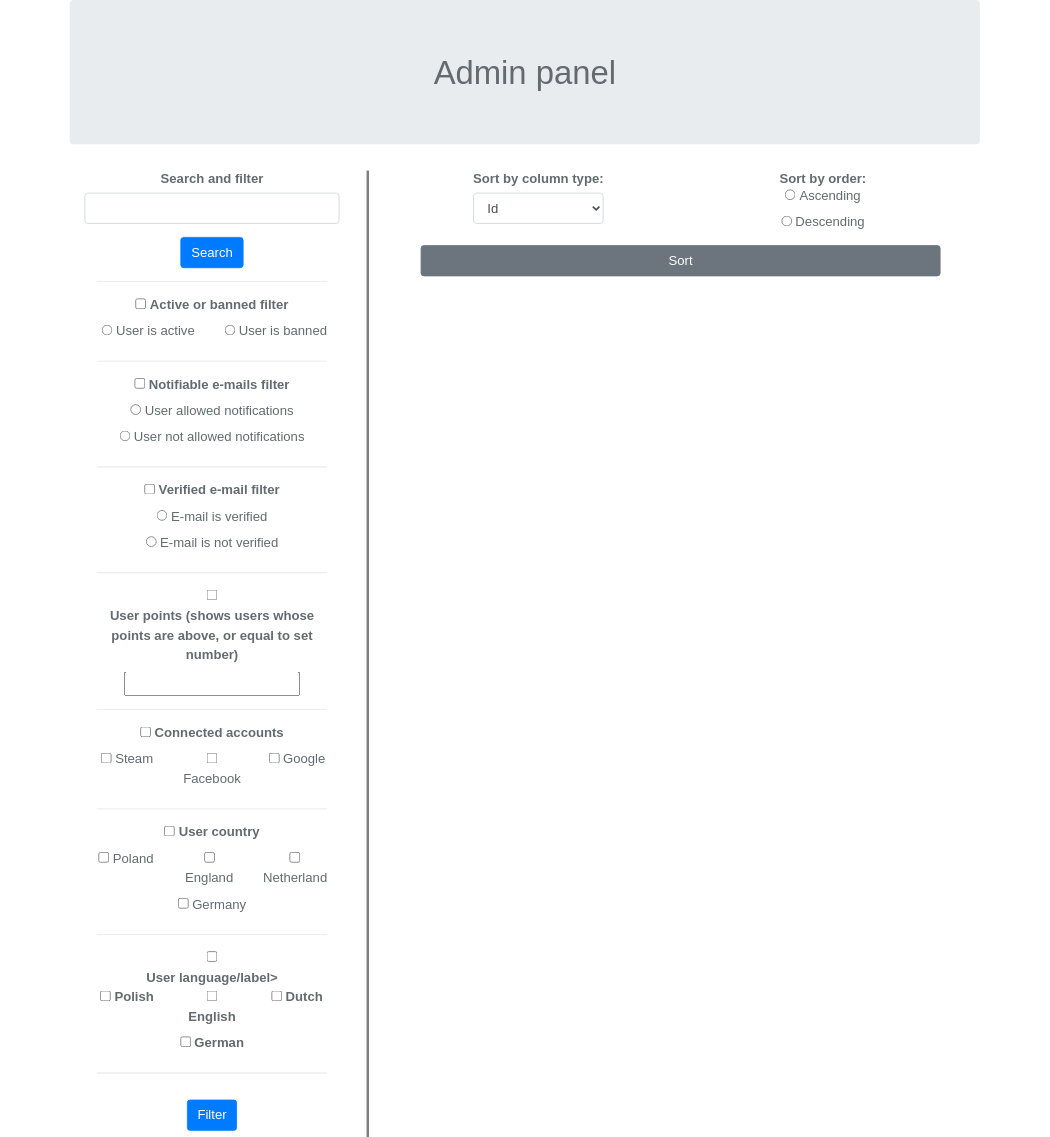
Repository: WOLVGVNG/gameclan
Page: resources/views/admin_panel.blade.php
An editor plug-in stored every save of this project. The page is shown before and after the next save, followed by the edit.
The browser window is 1280 px wide. The pictures show the whole page, at 82% of full size.
The page is served by the project's Laravel application, run on PHP 8.4 with Laravel 8. Other server files are loaded and not shown. The template is opened directly, without the code that normally fills it, so the values that code supplies are empty.

Above is the page before, as saved 2019-03-20 23:27:17.

### routes/web.php
<?php

/*
|--------------------------------------------------------------------------
| Web Routes
|--------------------------------------------------------------------------
|
| Here is where you can register web routes for your application. These
| routes are loaded by the RouteServiceProvider within a group which
| contains the "web" middleware group. Now create something great!
|
*/

Route::get('/', 'AdminPanelController@index');

### resources/views/admin_panel.blade.php
@extends('layout.app')
@section('content')
<div class='container text-center'>
    <h1 class='jumbotron'>Admin panel</h1>
    <form action='/' method='GET'>
        <div class='row'>
            <div class='col-md-4 px-4 px-md-5' id='filter-div'>
                <!-----------------------------SZUKANIE---------------------------->
                <div class='row'>
                    <h6 class='font-weight-bold mx-auto'>Search and filter</h6>
                    <input type='text' class='form-control' name='search' value='{{ session('search') }}'>
                </div>
                <div class='row'>
                    <button type='submit' class='btn btn-primary mt-3 mx-auto'>Search</button>
                </div>
                <hr>

                <!-----------------------------FILTROWANIE---------------------------->
                <input type='checkbox' name='filter_active_switch' id='active_switch' value=true @if(session('filter_active_switch')==true) echo checked @endif>
                <label for='active_switch' class='font-weight-bold text-center'>Active or banned filter</label>
                <div class='row'>
                    <div class='col'>
                        <input type='radio' name='filter_active' id='active' value='active' @if(session('filter_active')=='active') echo checked @endif>
                        <label for='active'>User is active</label>
                    </div>
                    <div class='col'>
                        <input type='radio' name='filter_active' id='banned' value='banned' @if(session('filter_active  ')=='banned') echo checked @endif>
                        <label for='banned'>User is banned</label>
                    </div>
                </div>

                <hr>

                <input type='checkbox' name='filter_notifiable_email_switch' id='notifiable_email_switch' value=true @if(session('filter_notifiable_email_switch')==true) echo checked @endif>
                <label for='notifiable_email_switch' class='font-weight-bold text-center'>Notifiable e-mails filter</label>
                <div class='row'>
                    <div class='col mx-auto'>
                        <div class='col-12'>
                            <input type='radio' name='filter_notifiable_email' id='notifiable_email_yes' value='true' @if(session('filter_notifiable_email')=='true') echo checked @endif>
                            <label for='notifiable_email_yes'>User allowed notifications</label>
                        </div>
                        <div class='col-12'>
                            <input type='radio' name='filter_notifiable_email' id='notifiable_email_no' value='false' @if(session('filter_notifiable_email')=='false') echo checked @endif>
                            <label for='notifiable_email_no'>User not allowed notifications</label>
                        </div>
                    </div>
                </div>

                <hr>

                {{--<input type='checkbox' name='filter_emails_switch' id='email_switch' value=true @if(session('filter_emails_switch')==true) echo checked @endif>
                <label for='email_switch' class='font-weight-bold text-center'>Users' email's providers</label>
                <div class='row'>
                    <div class='col'>
                        <input type='checkbox' name='filter_emails[]' id='gmail' value='gmail'>
                        <label for='gmail'>Gmail</label>
                    </div>
                    <div class='col'>
                        <input type='checkbox' name='filter_emails[]' id='outlook' value='outlook'>
                        <label for='outlook'>Outlook</label>
                    </div>
                    <div class='col'>
                        <input type='checkbox' name='filter_emails[]' id='yahoo' value='yahoo'>
                        <label for='yahoo'>Yahoo</label>
                    </div>
                    <div class='col'>
                        <input type='checkbox' name='filter_emails[]' id='yandex' value='yandex'>
                        <label for='yandex'>Yandex</label>
                    </div>
                    <div class='col'>
                        <input type='checkbox' name='filter_emails[]' id='icloud' value='icloud'>
                        <label for='icloud'>Icloud</label>
                    </div>
                    <div class='col'>
                        <input type='checkbox' name='filter_emails[]' id='onet' value='onet'>
                        <label for='onet'>Onet</label>
                    </div>
                </div>--}}

                <input type='checkbox' name='filter_verified_email_switch' id='verified_email_switch' value=true @if(session('filter_verified_email_switch')==true) echo checked @endif>
                <label for='verified_email_switch' class='font-weight-bold text-center'>Verified e-mail filter</label>
                <div class='row'>
                    <div class='col mx-auto'>
                        <div class='col-12'>
                            <input type='radio' name='filter_verified_email' id='verified_email_yes' value='true' @if(session('filter_verified_email')=='true') echo checked @endif>
                            <label for='verified_email_yes'>E-mail is verified</label>
                        </div>
                        <div class='col-12'>
                            <input type='radio' name='filter_verified_email' id='verified_email_no' value='false' @if(session('filter_verified_email')=='false') echo checked @endif>
                            <label for='verified_email_no'>E-mail is not verified</label>
                        </div>
                    </div>
                </div>

                <hr>

                <input type='checkbox' name='filter_points_switch' id='points_switch' value=true @if(session('filter_points_switch')==true) echo checked @endif>
                <label for='points_switch' class='font-weight-bold text-center'>User points (shows users whose points are above, or equal to set number)</label>
                <div class='row'>
                    <div class='col-12'>
                        <input type='number' name='filter_points' value={{session('filter_points')}}>
                    </div>
                </div>

                <hr>

                <input type='checkbox' name='filter_connected_accounts_switch' id='connected_accounts_switch' value=true @if(session('filter_connected_accounts_switch')==true) echo checked @endif>
                <label for='connected_accounts_switch' class='font-weight-bold text-center'>Connected accounts</label>
                <div class='row'>
                    <div class='col'>
                        <input type='checkbox' name='filter_connected_accounts_steam' id='connected_accounts_steam' value='steam' @if(session('filter_connected_accounts_steam')=='steam') echo checked @endif>
                        <label for='connected_accounts_steam'>Steam</label>
                    </div>
                    <div class='col'>
                        <input type='checkbox' name='filter_connected_accounts_facebook' id='connected_accounts_facebook' value='facebook' @if(session('filter_connected_accounts_facebook')=='facebook') echo checked @endif>
                        <label for='connected_accounts_facebook'>Facebook</label>
                    </div>
                    <div class='col'>
                        <input type='checkbox' name='filter_connected_accounts_google' id='connected_accounts_google' value='google' @if(session('filter_connected_accounts_google')=='google') echo checked @endif>
                        <label for='connected_accounts_google'>Google</label>
                    </div>
                </div>

                <hr>

                <input type='checkbox' name='filter_geo_switch' id='geo_switch' value=true @if(session('filter_geo_switch')==true) echo checked @endif>
                <label for='geo_switch' class='font-weight-bold text-center'>User country</label>
                <div class='row'>
                    <div class='col'>
                        <input type='checkbox' name='filter_geo_poland' id='geo_poland' value='poland' @if(session('filter_geo_poland')=='poland') echo checked @endif>
                        <label for='geo_poland'>Poland</label>
                    </div>
                    <div class='col'>
                        <input type='checkbox' name='filter_geo_england' id='geo_england' value='england' @if(session('filter_geo_england')=='england') echo checked @endif>
                        <label for='geo_england'>England</label>
                    </div>
                    <div class='col'>
                        <input type='checkbox' name='filter_geo_netherland' id='geo_netherland' value='netherland' @if(session('filter_geo_netherland')=='netherland') echo checked @endif>
                        <label for='geo_netherland'>Netherland</label>
                    </div>
                    <div class='col'>
                        <input type='checkbox' name='filter_geo_germany' id='geo_germany' value='germany' @if(session('filter_geo_germany')=='germany') echo checked @endif>
                        <label for='geo_germany'>Germany</label>
                    </div>
                </div>

                <hr>

                <input type='checkbox' name='filter_lang_switch' id='lang_switch' value=true @if(session('filter_lang_switch')==true) echo checked @endif>
                <label for='lang_switch' class='font-weight-bold text-center'>User language/label>
                <div class='row'>
                    <div class='col'>
                        <input type='checkbox' name='filter_lang_pl' id='lang_pl' value='pl' @if(session('filter_lang_pl')=='pl') echo checked @endif>
                        <label for='lang_pl'>Polish</label>
                    </div>
                    <div class='col'>
                        <input type='checkbox' name='filter_lang_en' id='lang_en' value='en' @if(session('filter_lang_en')=='en') echo checked @endif>
                        <label for='lang_en'>English</label>
                    </div>
                    <div class='col'>
                        <input type='checkbox' name='filter_lang_nl' id='lang_nl' value='nl' @if(session('filter_lang_nl')=='nl') echo checked @endif>
                        <label for='lang_nl'>Dutch</label>
                    </div>
                    <div class='col'>
                        <input type='checkbox' name='filter_lang_ge' id='lang_ge' value='ge' @if(session('filter_lang_ge')=='ge') echo checked @endif>
                        <label for='lang_ge'>German</label>
                    </div>
                </div>

                <hr>

                <div class='row'>
                    <button type='submit' class='btn btn-primary mt-3 mx-auto'>Filter</button>
                </div>
            </div>

            <div class='col-md-8 px-4 px-md-5'>
                <!-----------------------------SORTOWANIE---------------------------->
                <div class='row'>
                    <div class='col-sm-6'>
                        <h6 class='font-weight-bold mt-4 mt-md-0'>Sort by column type:</h6>
                        <select class='form-control w-50 mx-auto' name='sort_type' value='{{ session('sort_type') }}'>
                            {{--<option>{{ session('sort_type') }}</option>--}}
                            <option value='id' @if(session('sort_type') == 'id') echo selected @endif>Id</option>
                            <option value='user_name' @if(session('sort_type') == 'user_name') echo selected @endif>User name</option>
                            <option value='email' @if(session('sort_type') == 'email') echo selected @endif>E-mail</option>
                            <option value='notifiable_email' @if(session('sort_type') == 'notifiable_email') echo selected @endif>Notifiable email</option>
                            <option value='email_verified_at' @if(session('sort_type') == 'email_verified_at') echo selected @endif>Email verification date</option>
                            <option value='points' @if(session('sort_type') == 'points') echo selected @endif>Points</option>
                            <option value='steam_id' @if(session('sort_type') == 'steam_id') echo selected @endif>Steam id</option>
                            <option value='facebook_id' @if(session('sort_type') == 'facebook_id') echo selected @endif>Facebook id</option>
                            <option value='google_id' @if(session('sort_type') == 'google_id') echo selected @endif>Google id</option>
                            <option value='geo' @if(session('sort_type') == 'geo') echo selected @endif>Country</option>
                            <option value='lang' @if(session('sort_type') == 'lang') echo selected @endif>Language</option>
                            <option value='ref' @if(session('sort_type') == 'ref') echo selected @endif>Ref</option>
                            <option value='ref_status' @if(session('sort_type') == 'ref_status') echo selected @endif>Ref status</option>
                            <option value='ref_code' @if(session('sort_type') == 'ref_code') echo selected @endif>Ref code</option>
                            <option value='deleted_at' @if(session('sort_type') == 'deleted_at') echo selected @endif>The date of removal</option>
                            <option value='created_at' @if(session('sort_type') == 'created_at') echo selected @endif>Creation date</option>
                            <option value='updated_at' @if(session('sort_type') == 'updated_at') echo selected @endif>Update date</option>
                        </select>
                    </div>
                    <div class='col-sm-6'>
                        <h6 class='font-weight-bold my-4 my-md-0'>Sort by order:</h6>
                        <input type='radio' name='sort_order' value='asc' id='asc'
                                @if(session('sort_order') == 'asc') echo checked @endif>
                        <label for='asc'>Ascending</label>
                        <br>
                        <input type='radio' name='sort_order' value='desc' id='desc'
                                @if(session('sort_order') == 'desc') echo checked @endif>
                        <label for='desc'>Descending</label>
                    </div>
                </div>
                <div class='col mt-2 mb-5'>
                    <button type='submit' class='btn btn-block btn-secondary'>Sort</button>
                </div>
            </form>

            <!-----------------------------WYŚWIETLANIE---------------------------->
            @foreach($users as $user)
                <div class='row mb-5 user-part-div'>
                    <div class='user-part-div col'>
                        <p class='font-weight-bold'>id</p>
                        <p>{{$user->id}}</p>
                    </div>
                    <div class='user-part-div col'>
                        <p class='font-weight-bold'>user_name</p>
                        <p>{{$user->user_name}}</p>
                    </div>
                    <div class='user-part-div col'>
                        <p class='font-weight-bold'>email</p>
                        <p>{{$user->email}}</p>
                    </div>
                    @if(isset($user->email_verified_at))
                        <div class='user-part-div col'>
                            <p class='font-weight-bold'>email_verified_at</p>
                            <p>{{$user->email_verified_at}}</p>
                        </div>
                    @endif
                    @if(isset($user->email_verified_at))
                        <div class='user-part-div col'>
                            <p class='font-weight-bold'>remember_token</p>
                            <p>{{$user->remember_token}}</p>
                        </div>
                    @endif
                    <div class='user-part-div col'>
                        <p class='font-weight-bold'>avatar</p>
                        <p>{{$user->avatar}}</p>
                    </div>
                    <div class='user-part-div col'>
                        <p class='font-weight-bold'>points</p>
                        <p>{{$user->points}}</p>
                    </div>
                    @if(isset($user->steam_id))
                        <div class='user-part-div col'>
                            <p class='font-weight-bold'>steam_id</p>
                            <p>{{$user->steam_id}}</p>
                        </div>
                    @endif
                    @if(isset($user->facebook_id))
                        <div class='user-part-div col'>
                            <p class='font-weight-bold'>facebook_id</p>
                            <p>{{$user->facebook_id}}</p>
                        </div>
                    @endif
                    @if(isset($user->google_id))
                        <div class='user-part-div col'>
                            <p class='font-weight-bold'>google_id</p>
                            <p>{{$user->google_id}}</p>
                        </div>
                    @endif
                    <div class='user-part-div col'>
                        <p class='font-weight-bold'>geo</p>
                        <p>{{$user->geo}}</p>
                    </div>
                    <div class='user-part-div col'>
                        <p class='font-weight-bold'>lang</p>
                        <p>{{$user->lang}}</p>
                    </div>
                    @if(isset($user->ref))
                        <div class='user-part-div col'>
                            <p class='font-weight-bold'>ref</p>
                            <p>{{$user->ref}}</p>
                        </div>
                    @endif
                    @if(isset($user->ref_status))
                        <div class='user-part-div col'>
                            <p class='font-weight-bold'>ref_status</p>
                            <p>{{$user->ref_status}}</p>
                        </div>
                    @endif
                    <div class='user-part-div col'>
                        <p class='font-weight-bold'>ref_code</p>
                        <p>{{$user->ref_code}}</p>
                    </div>
                    @if(isset($user->deleted_at))
                        <div class='user-part-div col'>
                            <p class='font-weight-bold'>deleted_at</p>
                            <p>{{$user->deleted_at}}</p>
                        </div>
                    @endif
                    <div class='user-part-div col'>
                        <p class='font-weight-bold'>created_at</p>
                        <p>{{$user->created_at}}</p>
                    </div>
                    @if(isset($user->updated_at))
                        <div class='user-part-div col'>
                            <p class='font-weight-bold'>updated_at</p>
                            <p>{{$user->updated_at}}</p>
                        </div>
                    @endif
                </div>
            @endforeach
        </div>
    </div>

    <!-----------------------------PAGINACJA---------------------------->
    <div class='row'>
        <div class='mx-auto'>
            {{ $users->links() }}
        </div>
    </div>
</div>
@endsection

### resources/views/layout/app.blade.php
<!doctype html>
<html lang="{{ str_replace('_', '-', app()->getLocale()) }}">
    <head>
        <meta charset="utf-8">
        <meta name="viewport" content="width=device-width, initial-scale=1">

        <title>Laravel</title>

        <link rel="stylesheet" href="https://stackpath.bootstrapcdn.com/bootstrap/4.3.1/css/bootstrap.min.css" integrity="sha384-ggOyR0iXCbMQv3Xipma34MD+dH/1fQ784/j6cY/iJTQUOhcWr7x9JvoRxT2MZw1T" crossorigin="anonymous">

        <style>
            html, body {
                background-color: #fff;
                color: #636b6f;
                font-family: 'Nunito', sans-serif;
                font-weight: 200;
                height: 100vh;
                margin: 0;
            }

            .user-part-div {
                border: 2px solid gray;
            }

            #filter-div {
                border-right: 3px solid gray;
            }
        </style>
    </head>
    <body>
        @yield('content')

    </body>
</html>

After the next save:
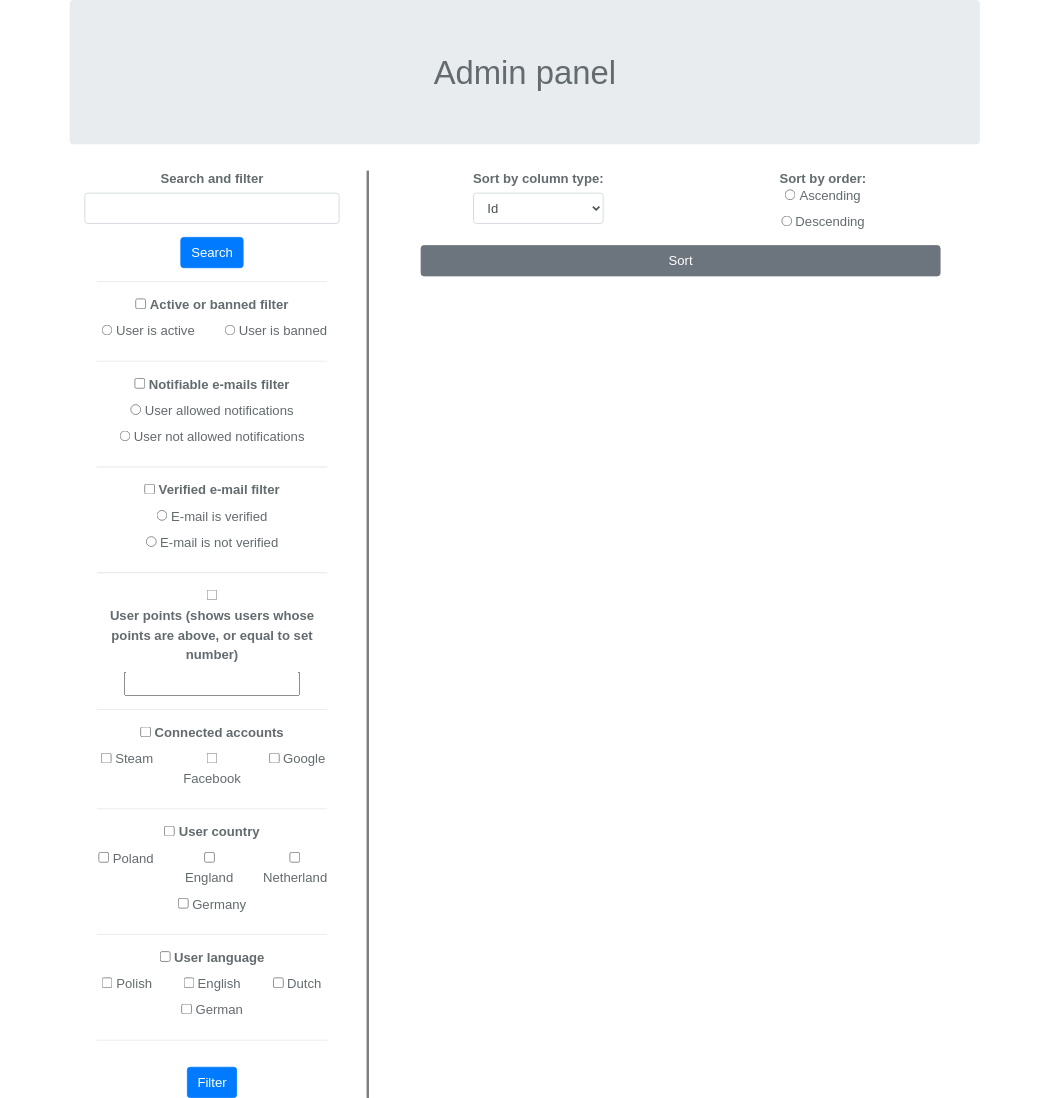
Saved 4 s later.
--- a/resources/views/admin_panel.blade.php
+++ b/resources/views/admin_panel.blade.php
@@ -147,7 +147,7 @@
                 <hr>
 
                 <input type='checkbox' name='filter_lang_switch' id='lang_switch' value=true @if(session('filter_lang_switch')==true) echo checked @endif>
-                <label for='lang_switch' class='font-weight-bold text-center'>User language/label>
+                <label for='lang_switch' class='font-weight-bold text-center'>User language</label>
                 <div class='row'>
                     <div class='col'>
                         <input type='checkbox' name='filter_lang_pl' id='lang_pl' value='pl' @if(session('filter_lang_pl')=='pl') echo checked @endif>
